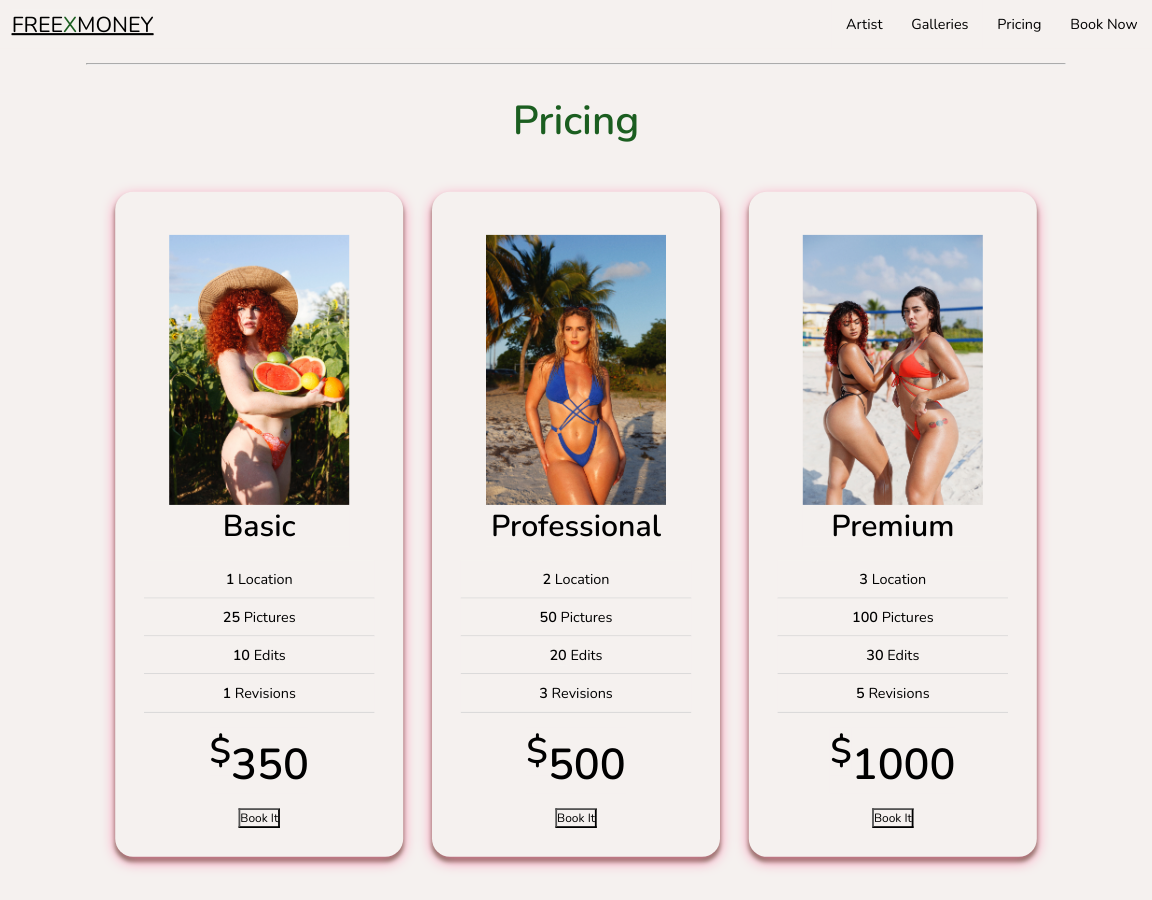
Repository: burntaftermint/freexmoney-draft
Page: price.html
An editor plug-in stored every save of this project. The page is shown before and after the next save, followed by the edit.
The browser window is 1280 px wide. The pictures show the whole page, at 90% of full size.
Some web fonts or font styles are not loaded; a fallback is used.

Above is the page before, as saved 2024-06-11 02:15:20.

After the next save:
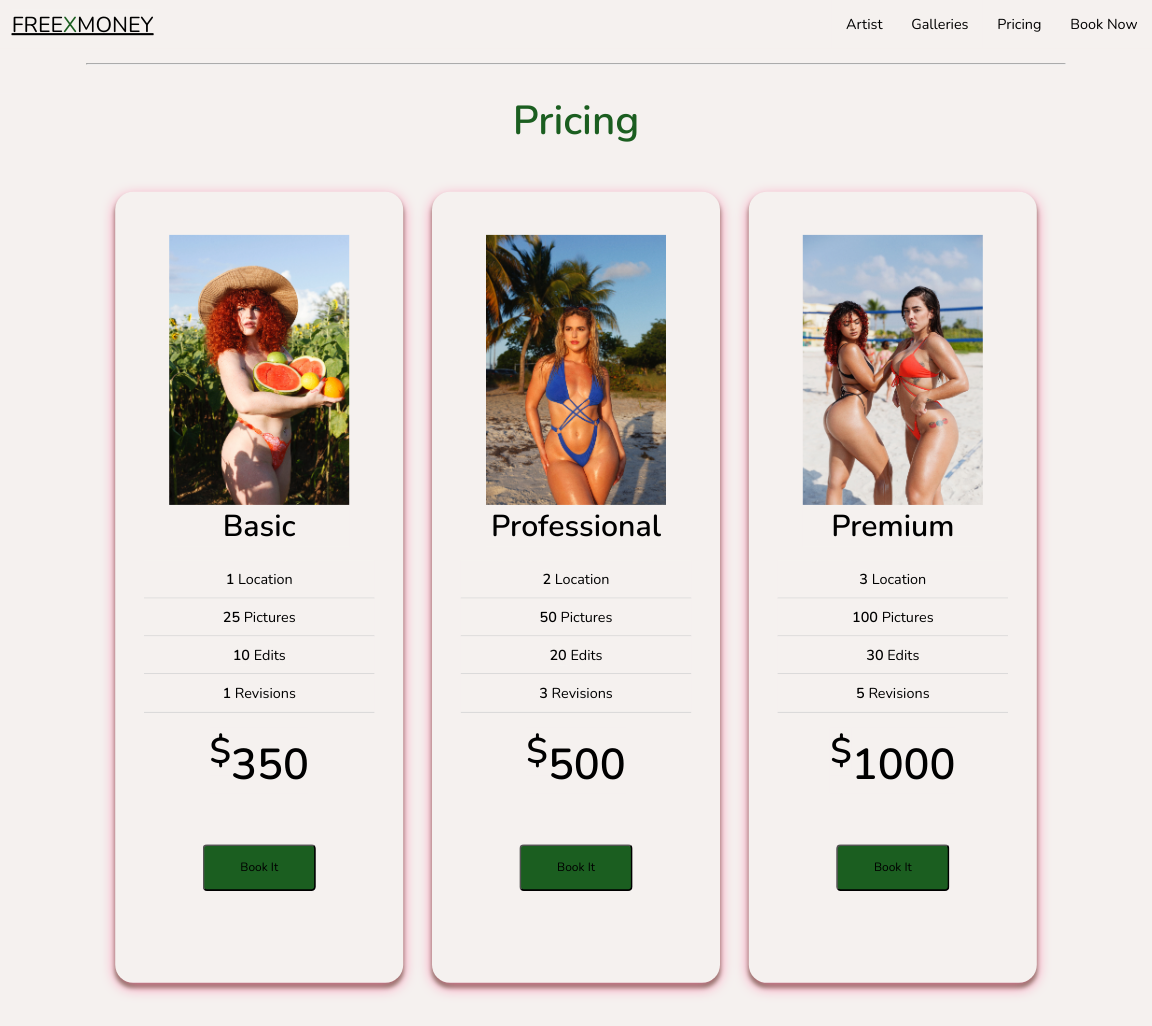
Saved 87 s later.
--- a/style.css
+++ b/style.css
@@ -393,6 +393,14 @@ border-radius: 10px;
     font-size: 1rem;
 }
 
+.card-button {
+
+        margin: 40px 0 70px 0;
+        background: #1b5e20;
+        padding: 15px 40px ;
+        border-radius: 5px;
+
+}
 
 
 
